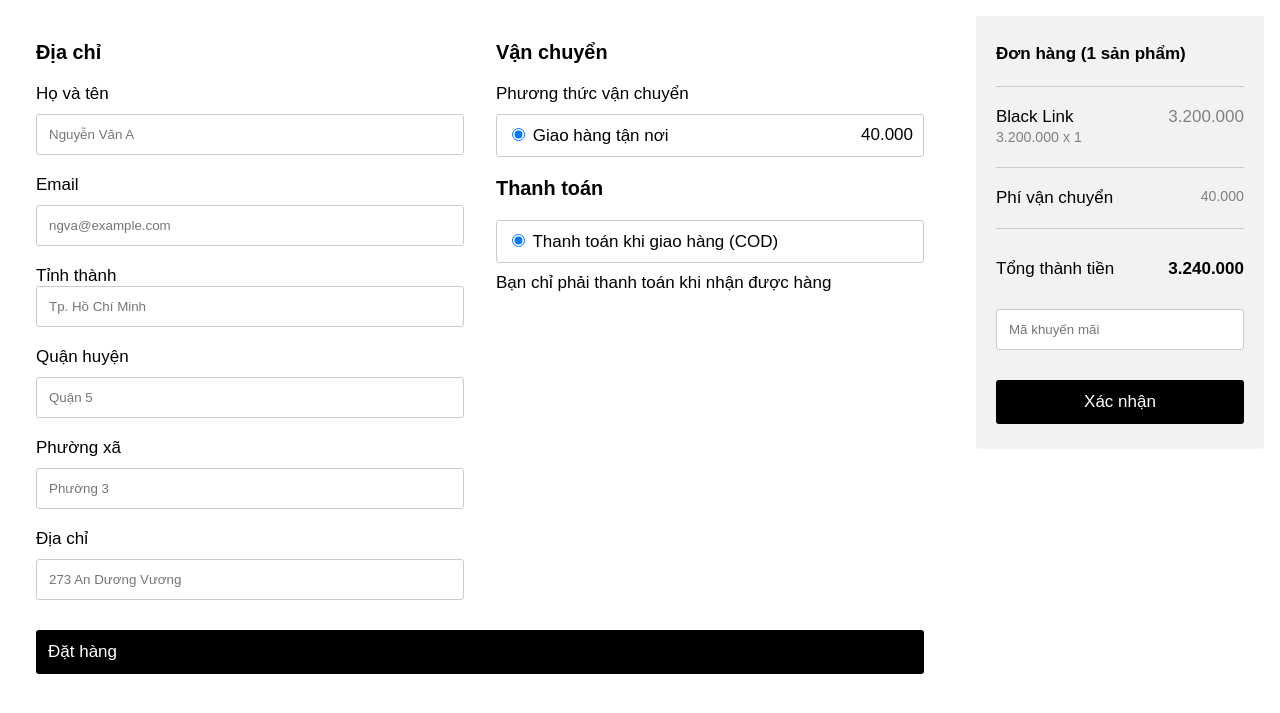
Repository: RennoPMXK/doan
Page: doan_thanhtoan.html
These files come from the project's save history. The page is drawn as it stood at one moment and after the next save; the edit follows.
The browser window is 1280 px wide. The pictures show the whole page.

Above is the page before, as saved 2021-12-05 22:37:17.

After the next save:
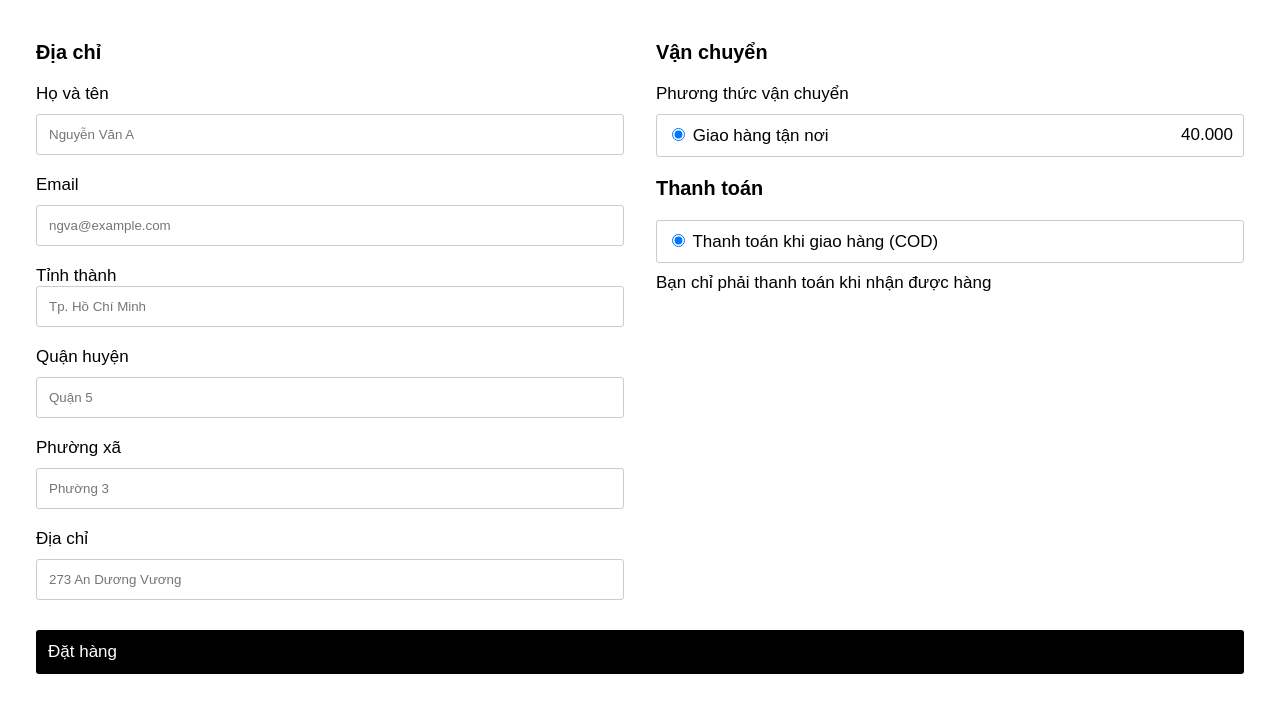
Saved 15 min 56 s later.
--- a/doan_thanhtoan.html
+++ b/doan_thanhtoan.html
@@ -176,46 +176,7 @@ a:active {
         </form>
     </div>
 </div>
-<div class="col-25">
-  <div class="container" style="background-color:#f2f2f2;">
-    <div >
-      <h4 >
-          <span>Đơn hàng</span>
-          <span >(1 sản phẩm)</span>
-      </h4>
-      <ul class="list" style="border-top:1px solid #ccc; list-style-type: none; margin: 0; padding: 0;">
-          <li class="item-info">
-              <div style="border-bottom:1px solid #ccc; padding-top: 20px; padding-bottom: 20px">
-                  <span><a href="#">Black Link</a></span>
-                  <span class="price" style="float: right">3.200.000</span>
-                  <div><small style="color: grey" >3.200.000 x 1</small></div>
-              </div>
-          </li>
-          <li>
-            <div style="padding-top:20px; padding-bottom: 20px">
-            <span>Phí vận chuyển </span>
-            <small style="float: right; color: grey">40.000</small>
-            </div>
-          </li>
-          <li class="list-group-item">
-            <div style="border-top:1px solid #ccc;padding-top:30px;padding-bottom:30px">
-              <span>Tổng thành tiền </span>
-              <strong style="float: right;">3.240.000</strong>
-            </div>
-          </li>
-      </ul>
 
-
-      <div class="promo-code">
-          <input type="text" placeholder="Mã khuyến mãi">
-          <div class="input-group-append">
-              <button type="submit" class="btn ">Xác nhận</button>
-          </div>
-      </div>
-
-  </div>
-</div>
-</div>
 </div>
 
 </body>
